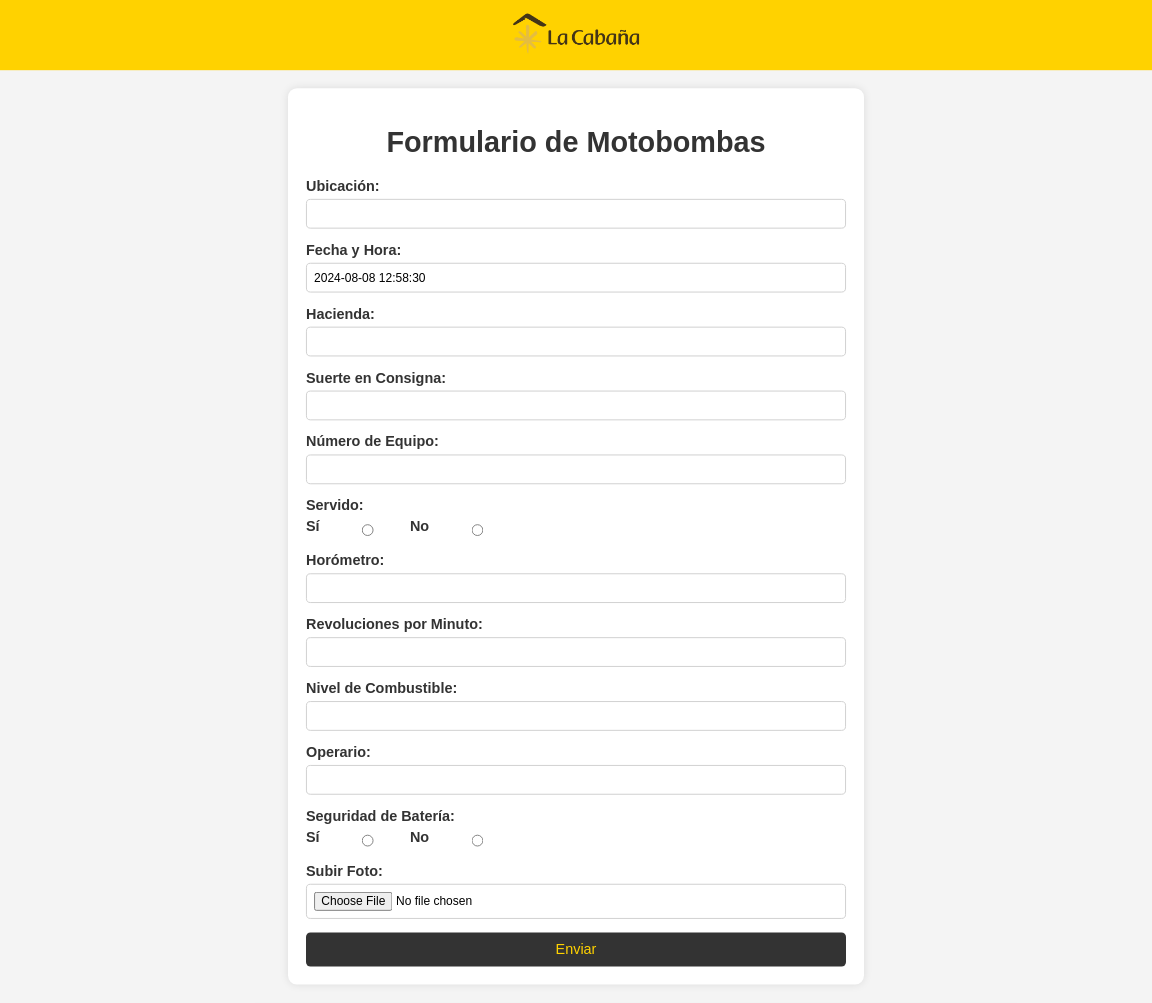
Repository: tayuanlogua/prototipo-de-control-de-accesos
Page: Patrullas/src/motobombas.html
The author's editor kept a copy of each file at every save. The page is drawn from the files as they stood at one save, then again after the next save.
The browser window is 1280 px wide. The pictures show the whole page, at 90% of full size.

Above is the page before, as saved 2024-08-22 11:10:33.

### Patrullas/src/motobombas.html
<!DOCTYPE html>
<html lang="es">
  <head>
    <meta charset="UTF-8" />
    <meta name="viewport" content="width=device-width, initial-scale=1.0" />
    <title>Formulario de Motobombas</title>
    <style>
      body {
        font-family: Arial, sans-serif;
        background-color: #f4f4f4;
        margin: 0;
        padding: 0;
      }

      .header {
        background-color: #ffd200; /* Fondo amarillo para el logo */
        padding: 10px 0;
        text-align: center;
      }

      .logo {
        width: 150px;
        height: auto;
      }

      .login-container {
        background-color: #ffffff;
        max-width: 600px;
        margin: 20px auto;
        padding: 20px;
        border-radius: 10px;
        box-shadow: 0 0 10px rgba(0, 0, 0, 0.1);
      }

      h1 {
        text-align: center;
        color: #333;
      }

      .form-group {
        margin-bottom: 15px;
      }

      label {
        display: block;
        margin-bottom: 5px;
        color: #333;
        font-weight: bold;
      }

      input[type="text"],
      input[type="file"] {
        width: 100%;
        padding: 8px;
        border: 1px solid #ccc;
        border-radius: 5px;
        box-sizing: border-box;
      }

      .radio-group {
        display: flex;
        justify-content: space-between;
        max-width: 200px;
      }

      input[type="radio"] {
        margin-left: 10px;
      }

      button {
        display: block;
        width: 100%;
        padding: 10px;
        background-color: #333;
        color: #ffd200; /* Color amarillo para el botón de envío */
        border: none;
        border-radius: 5px;
        font-size: 16px;
        cursor: pointer;
        transition: background-color 0.3s ease;
      }

      button:hover {
        background-color: #555;
      }
    </style>
    <script defer src="motobombas.js"></script>
  </head>
  <body>
    <header class="header">
      <img src="imagenes/LOGO.png" alt="Logo" class="logo" />
    </header>
    <div class="login-container">
      <h1>Formulario de Motobombas</h1>
      <form id="motobombas-form" enctype="multipart/form-data">
        <div class="form-group">
          <label for="ubicacion">Ubicación:</label>
          <input type="text" id="ubicacion" name="ubicacion" required />
        </div>

        <div class="form-group">
          <label for="date-time">Fecha y Hora:</label>
          <input type="text" id="date-time" name="date-time" readonly />
        </div>

        <div class="form-group">
          <label for="hacienda">Hacienda:</label>
          <input type="text" id="hacienda" name="hacienda" required />
        </div>

        <div class="form-group">
          <label for="suerte">Suerte en Consigna:</label>
          <input type="text" id="suerte" name="suerte" required />
        </div>

        <div class="form-group">
          <label for="numero-equipo">Número de Equipo:</label>
          <input type="text" id="numero-equipo" name="numero-equipo" required />
        </div>

        <div class="form-group">
          <label>Servido:</label>
          <div class="radio-group">
            <label for="servido-si">Sí</label>
            <input
              type="radio"
              id="servido-si"
              name="servido"
              value="Sí"
              required
            />
            <label for="servido-no">No</label>
            <input
              type="radio"
              id="servido-no"
              name="servido"
              value="No"
              required
            />
          </div>
        </div>

        <div class="form-group">
          <label for="horometro">Horómetro:</label>
          <input type="text" id="horometro" name="horometro" required />
        </div>

        <div class="form-group">
          <label for="revoluciones">Revoluciones por Minuto:</label>
          <input type="text" id="revoluciones" name="revoluciones" required />
        </div>

        <div class="form-group">
          <label for="nivel-combustible">Nivel de Combustible:</label>
          <input
            type="text"
            id="nivel-combustible"
            name="nivel-combustible"
            required
          />
        </div>

        <div class="form-group">
          <label for="operario">Operario:</label>
          <input type="text" id="operario" name="operario" required />
        </div>
        <div class="form-group">
          <label>Seguridad de Batería:</label>
          <div class="radio-group">
            <label for="bateria-si">Sí</label>
            <input
              type="radio"
              id="bateria-si"
              name="bateria"
              value="Sí"
              required
            />
            <label for="bateria-no">No</label>
            <input
              type="radio"
              id="bateria-no"
              name="bateria"
              value="No"
              required
            />
          </div>
        </div>

        <div class="form-group">
          <label for="foto">Subir Foto:</label>
          <input type="file" id="foto" name="foto" accept="image/*" />
        </div>

        <button type="submit">Enviar</button>
      </form>
    </div>
  </body>
</html>

### Patrullas/src/motobombas.js
document.addEventListener("DOMContentLoaded", function () {
  // Obtener el campo de fecha y hora
  const dateTimeField = document.getElementById("date-time");

  // Función para obtener la fecha y hora actuales en formato legible
  function getCurrentDateTime() {
    const now = new Date();
    const year = now.getFullYear();
    const month = String(now.getMonth() + 1).padStart(2, "0");
    const day = String(now.getDate()).padStart(2, "0");
    const hours = String(now.getHours()).padStart(2, "0");
    const minutes = String(now.getMinutes()).padStart(2, "0");
    const seconds = String(now.getSeconds()).padStart(2, "0");
    return `${year}-${month}-${day} ${hours}:${minutes}:${seconds}`;
  }

  // Establecer la fecha y hora actuales en el campo correspondiente
  dateTimeField.value = getCurrentDateTime();

  // Actualizar la fecha y hora cada segundo
  setInterval(function () {
    dateTimeField.value = getCurrentDateTime();
  }, 1000);
});

### Patrullas/src/styles.css
/* Estilos generales para el body */
body {
  font-family: Arial, sans-serif;
  background-color: #f4f4f4;
  margin: 0;
  padding: 0;
}

/* Estilo para el logo en el header */
.header {
  background-color: #ffd200; /* Fondo amarillo para el logo */
  padding: 10px 0;
  text-align: center;
}

.logo {
  width: 150px;
  height: auto;
}

/* Estilos para el contenedor del formulario */
.form-container,
.container,
.login-container,
#subsuelo-form,
#burnt-cane-form,
#motobombas-form {
  background-color: #ffffff;
  max-width: 600px; /* Ajustado al tamaño del formulario de Motobombas */
  margin: 20px auto;
  padding: 20px;
  border-radius: 10px;
  box-shadow: 0 0 10px rgba(0, 0, 0, 0.1);
  display: flex;
  flex-direction: column;
  align-items: center;
}

/* Estilo para el título del formulario */
h1 {
  text-align: center;
  color: #333;
  font-size: 24px;
  margin-bottom: 20px;
}

/* Estilos para los formularios */
#subsuelo-form,
#burnt-cane-form,
#motobombas-form,
form {
  display: flex;
  flex-direction: column;
  gap: 15px;
  width: 100%;
}

.form-group {
  display: flex;
  flex-direction: column;
  gap: 5px;
}

.form-group label {
  font-size: 14px;
  color: #333;
  text-align: left;
  font-weight: bold;
}

.form-group input[type="text"],
.form-group input[type="number"],
.form-group select,
.form-group input[type="file"],
.form-group textarea {
  width: 100%;
  padding: 8px;
  border: 1px solid #ccc;
  border-radius: 5px;
  box-sizing: border-box;
  font-size: 14px;
}

.form-group input[type="file"] {
  padding: 3px; /* Ajuste para que se vea mejor */
}

.form-group textarea {
  resize: vertical;
}

.form-group select {
  padding: 8px;
}

/* Estilos para el grupo de radio buttons */
.radio-group {
  display: flex;
  justify-content: space-between;
  max-width: 200px;
}

.radio-group label {
  display: flex;
  align-items: center;
  gap: 5px;
  font-size: 14px;
  color: #333;
}

input[type="radio"] {
  margin-left: 10px;
}

/* Estilo para el botón de envío */
button[type="submit"] {
  display: block;
  width: 100%;
  padding: 10px;
  background-color: #333;
  color: #ffd200; /* Color amarillo para el botón de envío */
  border: none;
  border-radius: 5px;
  font-size: 16px;
  cursor: pointer;
  transition: background-color 0.3s ease;
}

/* Estilos para el hover en botones */
button[type="submit"]:hover {
  background-color: #555;
}

/* Estilo para los enlaces de actividades */
.activities-form {
  display: flex;
  flex-direction: column;
  gap: 10px;
  width: 100%;
}

.activities-form a {
  text-decoration: none;
  color: #ffd200; /* Color amarillo para los enlaces */
  font-size: 18px;
  padding: 10px;
  border-radius: 5px;
  background-color: #ffffff;
  border: 1px solid #ccc;
  transition: background-color 0.3s, color 0.3s;
}

.activities-form a:hover {
  background-color: #ffd200; /* Color amarillo para el hover */
  color: #ffffff;
}

/* Responsive design para dispositivos móviles */
@media (max-width: 480px) {
  .form-container,
  .container,
  .login-container,
  #subsuelo-form,
  #burnt-cane-form,
  #motobombas-form {
    width: 95%;
    padding: 15px;
  }

  h1 {
    font-size: 20px;
  }

  #subsuelo-form input[type="text"],
  #subsuelo-form input[type="number"],
  #subsuelo-form select,
  #subsuelo-form input[type="file"],
  #subsuelo-form textarea,
  #subsuelo-form button[type="submit"],
  #burnt-cane-form input[type="text"],
  #burnt-cane-form input[type="number"],
  #burnt-cane-form select,
  #burnt-cane-form input[type="file"],
  #burnt-cane-form textarea,
  #burnt-cane-form button[type="submit"],
  #motobombas-form input[type="text"],
  #motobombas-form input[type="number"],
  #motobombas-form select,
  #motobombas-form textarea,
  #motobombas-form button[type="submit"],
  form input[type="text"],
  form input[type="number"],
  form select,
  form input[type="file"],
  form textarea,
  form button[type="submit"],
  .activities-form a {
    font-size: 14px;
  }
}

After the next save:
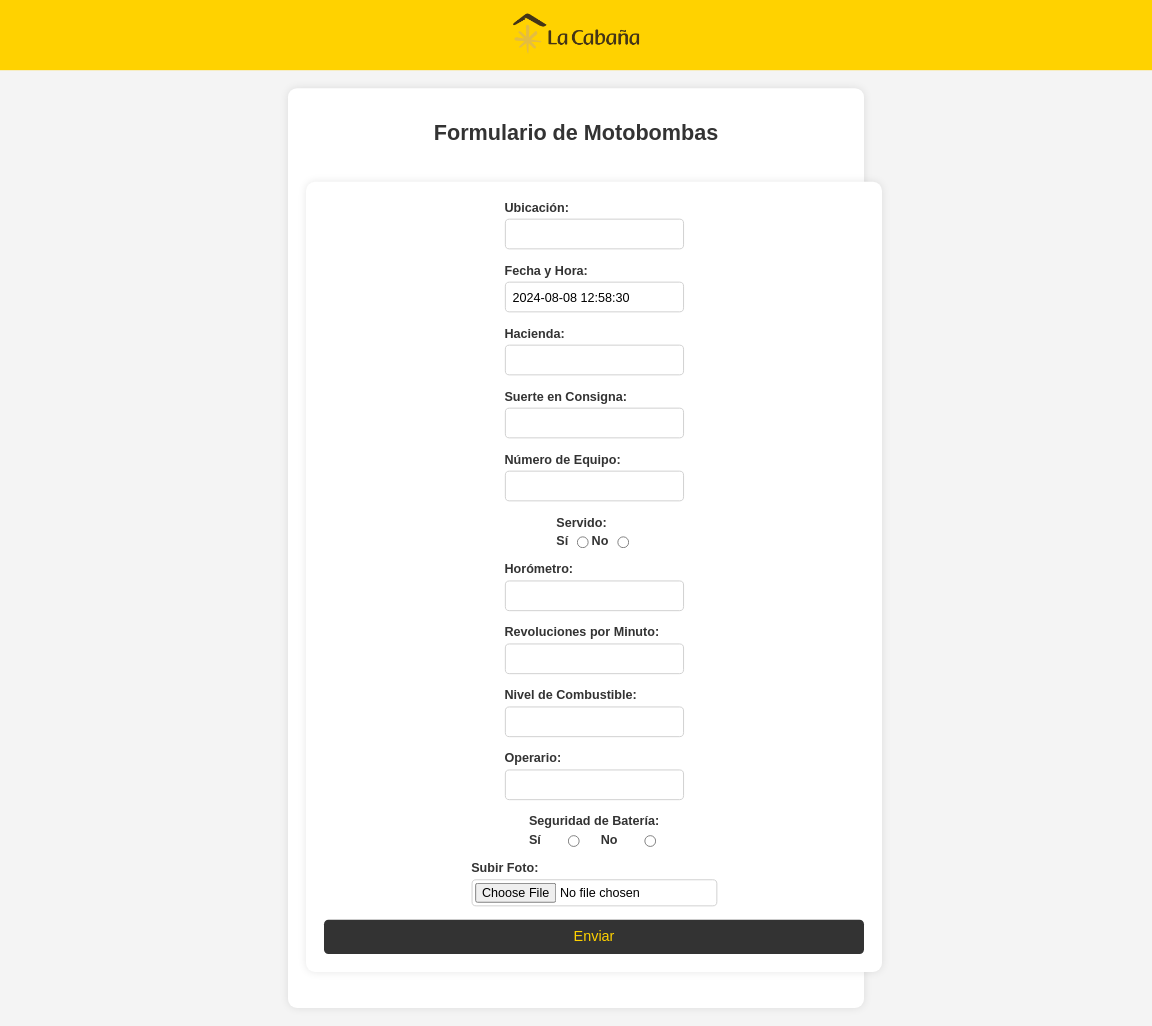
Saved 4 min 23 s later.
--- a/Patrullas/src/motobombas.html
+++ b/Patrullas/src/motobombas.html
@@ -4,86 +4,7 @@
     <meta charset="UTF-8" />
     <meta name="viewport" content="width=device-width, initial-scale=1.0" />
     <title>Formulario de Motobombas</title>
-    <style>
-      body {
-        font-family: Arial, sans-serif;
-        background-color: #f4f4f4;
-        margin: 0;
-        padding: 0;
-      }
-
-      .header {
-        background-color: #ffd200; /* Fondo amarillo para el logo */
-        padding: 10px 0;
-        text-align: center;
-      }
-
-      .logo {
-        width: 150px;
-        height: auto;
-      }
-
-      .login-container {
-        background-color: #ffffff;
-        max-width: 600px;
-        margin: 20px auto;
-        padding: 20px;
-        border-radius: 10px;
-        box-shadow: 0 0 10px rgba(0, 0, 0, 0.1);
-      }
-
-      h1 {
-        text-align: center;
-        color: #333;
-      }
-
-      .form-group {
-        margin-bottom: 15px;
-      }
-
-      label {
-        display: block;
-        margin-bottom: 5px;
-        color: #333;
-        font-weight: bold;
-      }
-
-      input[type="text"],
-      input[type="file"] {
-        width: 100%;
-        padding: 8px;
-        border: 1px solid #ccc;
-        border-radius: 5px;
-        box-sizing: border-box;
-      }
-
-      .radio-group {
-        display: flex;
-        justify-content: space-between;
-        max-width: 200px;
-      }
-
-      input[type="radio"] {
-        margin-left: 10px;
-      }
-
-      button {
-        display: block;
-        width: 100%;
-        padding: 10px;
-        background-color: #333;
-        color: #ffd200; /* Color amarillo para el botón de envío */
-        border: none;
-        border-radius: 5px;
-        font-size: 16px;
-        cursor: pointer;
-        transition: background-color 0.3s ease;
-      }
-
-      button:hover {
-        background-color: #555;
-      }
-    </style>
+    <link rel="stylesheet" href="styles.css" />
     <script defer src="motobombas.js"></script>
   </head>
   <body>
